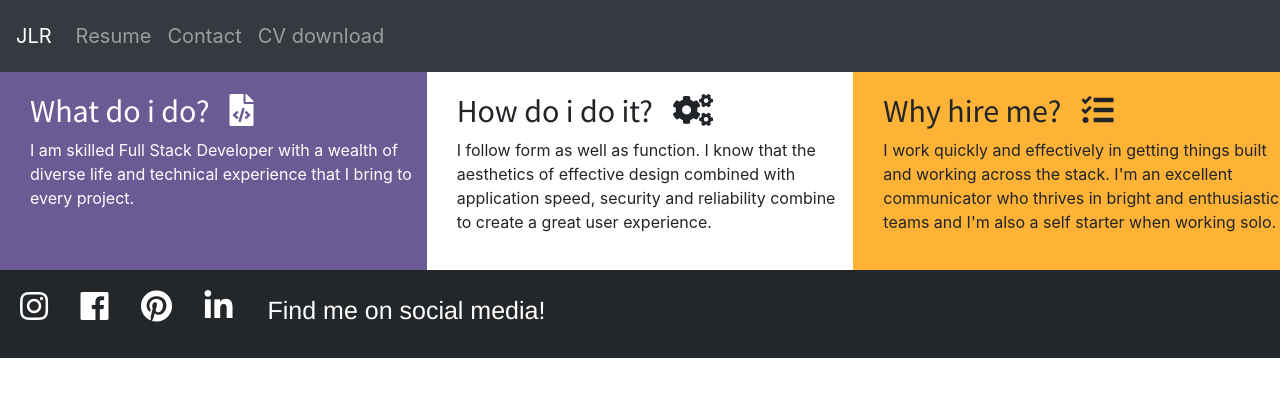
Repository: Kawaiisaki/Portfolio-site
Page: about.html
The author's editor kept a record of every edit. The page is drawn from the files as they stood at one moment, then again after the next edit.
The browser window is 1280 px wide. The pictures show the whole page.
Some web libraries are served in a nearby version.

Above is the page before.

### about.html
<!DOCTYPE html>
<html lang="en">

<head>
    <meta charset="UTF-8">
    <meta name="viewport" content="width=device-width, initial-scale=1.0">
    <meta http-equiv="X-UA-Compatible" content="ie=edge">
    <link rel="stylesheet" href="https://maxcdn.bootstrapcdn.com/bootstrap/4.2.1/css/bootstrap.min.css" type="text/css" />
    <link rel="stylesheet" href="https://use.fontawesome.com/releases/v5.0.10/css/all.css" integrity="sha384-+d0P83n9kaQMCwj8F4RJB66tzIwOKmrdb46+porD/OvrJ+37WqIM7UoBtwHO6Nlg" crossorigin="anonymous">
    <link rel="stylesheet" href="https://cdnjs.cloudflare.com/ajax/libs/hover.css/2.3.1/css/hover-min.css" type="text/css" />
    <link rel="stylesheet" href="assets/css/style.css" type="text/css" />
    <title>About Joël</title>
</head>

<body>
    <header>

        <nav class="navbar navbar-expand-lg navbar-dark bg-dark">
            <a class="navbar-brand" href="index.html">JLR</a>
            <button class="navbar-toggler" type="button" data-toggle="collapse" data-target="#navbarSupportedContent" aria-controls="navbarSupportedContent" aria-expanded="false" aria-label="Toggle navigation">
    <span class="navbar-toggler-icon"></span>
  </button>

            <div class="collapse navbar-collapse" id="navbarSupportedContent">
                <ul class="navbar-nav navbar-brand mr-auto">
                    <li class="nav-item">
                        <a class="nav-link" href="resume.html">Resume</a>
                    </li>
                    <li class="nav-item">
                        <a class="nav-link" href="#">Contact</a>
                    </li>
                    <li class="nav-item">
                        <a class="nav-link" href="#">CV download</a>
                    </li>
                </ul>
            </div>
        </nav>
    </header>
    <section>
        <div class="container-fluid">
            <div class="row no-gutters">
                <div class="col introduction what-bg-color">
                    <h2 class="about-me white-text">What do i do?<i class="fas fa-file-code"></i></h2>
                    <p class="white-text">I am skilled Full Stack Developer with a wealth of diverse life and technical experience that I bring to every project.</p>
                </div>
                <div class="col introduction how-bg-color">
                    <h2 class="about-me">How do i do it?<i class="fas fa-cogs"></i></h2>
                    <p>I follow form as well as function. I know that the aesthetics of effective design combined with application speed, security and reliability combine to create a great user experience.</p>
                </div>
                <div class="col introduction why-bg-color">
                    <h2 class="about-me">Why hire me?<i class="fas fa-tasks"></i></h2>
                    <p>I work quickly and effectively in getting things built and working across the stack. I'm an excellent communicator who thrives in bright and enthusiastic teams and I'm also a self starter when working solo.</p>
                </div>
            </div>
        </div>
    </section>
    <section>

    </section>
    <footer>
        <div class="container-fluid social-icons">
            <div class="row no-gutters ">
                <div class="col-md-auto">
                    <ul class="list-inline social-media-icons">
                        <li class="list-inline-item">
                            <a target="_blank" href="https://www.instagram.com/thekawaiisaki/">
                                <i class="fab fa-instagram fa-2x" aria-hidden="true"></i>
                                <span class="sr-only">Instagram</span>
                            </a>
                        </li>
                        <li class="list-inline-item">
                            <a target="_blank" href="https://www.facebook.com/joellojedorosso">
                                <i class="fab fa-facebook fa-2x"  aria-hidden="true"></i>
                                <span class="sr-only">Facebook</span>
                            </a>
                        </li>
                        <li class="list-inline-item">
                            <a target="_blank" href="https://nl.pinterest.com/jlojedorosso/">
                                <i class="fab fa-pinterest fa-2x" aria-hidden="true"></i>
                                <span class="sr-only">Pinterest</span>
                            </a>
                        </li>
                        <li class="list-inline-item">
                            <a target="_blank" href="https://www.linkedin.com/in/joellojedorosso/">
                                <i class="fab fa-linkedin-in fa-2x" aria-hidden="true"></i>
                                <span class="sr-only">Instagram</span>
                            </a>
                        </li>
                    </ul>
                </div>
                <div class="col">
                    <div>
                        <h3 class="social-text">Find me on social media!</h3>
                    </div>
                </div>
            </div>
        </div>
    </footer>
</body>

</html>

### assets/css/style.css
@import url('https://fonts.googleapis.com/css?family=Source+Sans+Pro:100,200,300,400,500,600,700,800,900&display=swap');

.container-fluid {
  padding-left: 0;
  padding-right: 0;
}

/*---------------------------------------Callout*/

.callout-container {
  height: 88vh;

  background: url('../images/joelgrey.jpg') no-repeat center center fixed;
  -webkit-background-size: cover;
  -moz-background-size: cover;
  -o-background-size: cover;
  background-size: cover;

  display: flex;
  align-items: center;
  justify-content: center;

  position: relative;
}

.transparant-overlay {
  position: absolute;
  top: 0;
  left: 0;
  width: 100%;
  height: 100%;
  background-color: rgba(0, 0, 0, 0.4)
}

.jumbotron {
  background-color: transparent;
}

.name {
  font-family: "Source Sans Pro", sans-serif;
  color: white;
  font-weight: 400;
  margin-bottom: 10px;
  text-shadow: 2px 2px rgba(0, 0, 0, 0.5);
}

.lead {
  color: #ffffff;
  margin: 10px;
  text-decoration: overline;
  text-shadow: 2px 2px rgba(0, 0, 0, 0.5);
}

.fa-code {
  color: #fff;
  text-shadow: 2px 2px rgba(0, 0, 0, 0.5);
}

/*---------------------------------------About-Personal-*/

.about-container {
  height: 50vh;

  background: url('../images/laptop.jpg') no-repeat center center fixed;
  -webkit-background-size: cover;
  -moz-background-size: cover;
  -o-background-size: cover;
  background-size: cover;

  display: flex;
  align-items: center;
  justify-content: center;

  position: relative;
}

.subtitle {
  margin-left: 30px;
  font-family: "helvetica", sans-serif;
  font-weight: 200;
}

.key {
  font-family: "Source Sans Pro", sans-serif;
  padding-left: 30px;
  display: inline-block;
  font-size: 20px;
  width: 33%;
  vertical-align: top;
}

.value {
  display: inline-block;
  font-size: 15px;
  width: 33%;
}

.personal-info {
  padding: 20px;
  background-color: #feb236;
  display: block;
  clear: both;
}


.introduction {
  padding: 20px;
  background-color: #fff;
}

.introduction p {
  margin-left: 30px;
}

.about-me {
  font-family: "Source Sans Pro", sans-serif;
  margin-left: 30px;
}

.fa-user,
.fa-address-card {
  padding-left: 20px;
}

.fa-user {
  color: #feb236;
}

.introduction a {
  margin-left: 30px;
}

/*---------------------------------------Footer*/

.social-text {
  color: #fff;
  font-family: "Helvetica", sans-serif;
  font-weight: 400;
  font-size: 25px;
  padding-top: 15px;
  padding-left: 25px;
}

footer {
  background-color: #24272a;
  min-height: 50px;
  padding: 10px;
}

.social-media-icons li i {
  color: #fff;
  margin: 10px;
}

/*---------------------------------------Additional*/

.uppercase {
  text-transform: uppercase;
}

/*---------------------------------------About page*/

.fa-file-code,
.fa-cogs,
.fa-tasks {
  padding-left: 20px;
}

.white-text {
  color: #fff;
}

/*---------------------------------------About bg colors*/

.what-bg-color {
  background-color: #6b5b95;
}

.how-bg-color {
  background-color: #fff;
}

.why-bg-color {
  background-color: #feb236;
}

/*---------------------------------------Resume page*/

.projects {
  background-color: #6b5b95;
  color: #fff;
  font-family: "Source Sans Pro", sans-serif;
  max-width: 50%;
  padding: 60px;
}

.list-group-item {
  background-color: transparent;
}

.project-item {
  color: #fff;
  text-decoration: none;
  max-width: 60%;
  margin: auto;
}

.project-item:hover {
  text-decoration: none;
  color: #feb236;
}

.front-end,
.back-end {
  font-family: "Source Sans Pro", sans-serif;
  padding: 60px;
}

.back-end {
  background-color: #f6f6f6;
}

.fa-laptop {
  padding-left: 20px;
}

/*---------------------------------------Progress bars*/

.skill-progression {
  font-family: "Source Sans Pro", sans-serif;
}

.progress {
  position: relative;
  margin-bottom: 4px;
  height: 25px;
}

.progres-skill {
  font-family: "Sans Source Pro", sans-serif;
  position: absolute;
  left: 5px;
  font-weight: 400;
  padding: 3px 30px 2px 10px;
  color: #000;
}

.bar-skills {
  margin: auto;
  max-width: 80%;
  padding: 60px;
}

.progress-bar-striped {
  background-color: #feb236;
}

/*---------------------------------------contact page*/

.contact-heading {
  margin: 50px;
}

.contact-title,
.contact-me {
  font-family: "Source Sans Pro", sans-serif;
}

.contact-title {
  font-weight: 200;
}

.btn-primary {
  background-color: #feb236;
  color: #000;
}

button {
  margin: 20px;
}

.form-placement {
  padding-top: 20px;
  max-width: 40%;
  margin: auto;
}

After the next edit:
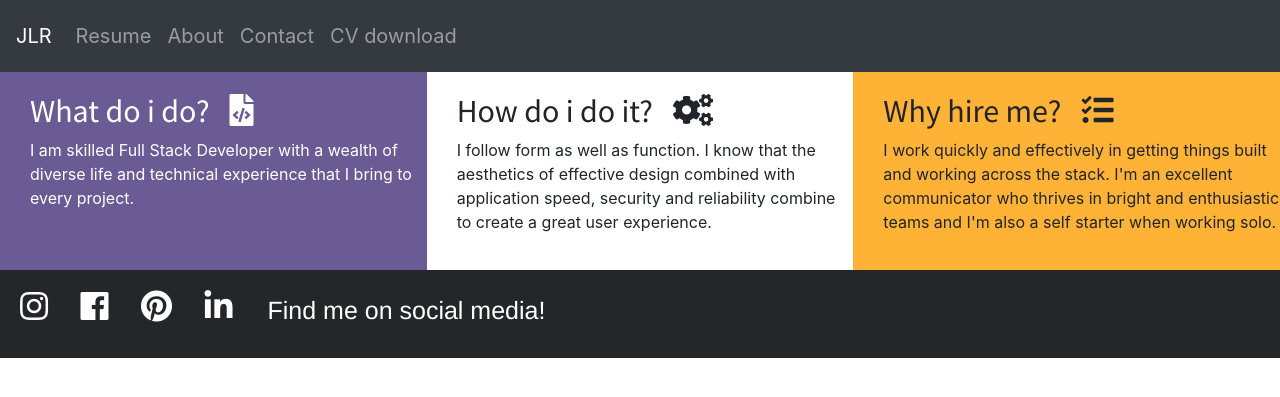
The edit:
--- a/about.html
+++ b/about.html
@@ -14,12 +14,11 @@
 
 <body>
     <header>
-
-        <nav class="navbar navbar-expand-lg navbar-dark bg-dark">
+        <nav class="navbar sticky-top navbar-expand-lg navbar-dark bg-dark">
             <a class="navbar-brand" href="index.html">JLR</a>
             <button class="navbar-toggler" type="button" data-toggle="collapse" data-target="#navbarSupportedContent" aria-controls="navbarSupportedContent" aria-expanded="false" aria-label="Toggle navigation">
-    <span class="navbar-toggler-icon"></span>
-  </button>
+        <span class="navbar-toggler-icon"></span>
+      </button>
 
             <div class="collapse navbar-collapse" id="navbarSupportedContent">
                 <ul class="navbar-nav navbar-brand mr-auto">
@@ -27,7 +26,10 @@
                         <a class="nav-link" href="resume.html">Resume</a>
                     </li>
                     <li class="nav-item">
-                        <a class="nav-link" href="#">Contact</a>
+                        <a class="nav-link" href="about.html">About</a>
+                    </li>
+                    <li class="nav-item">
+                        <a class="nav-link" href="contact.html">Contact</a>
                     </li>
                     <li class="nav-item">
                         <a class="nav-link" href="#">CV download</a>
